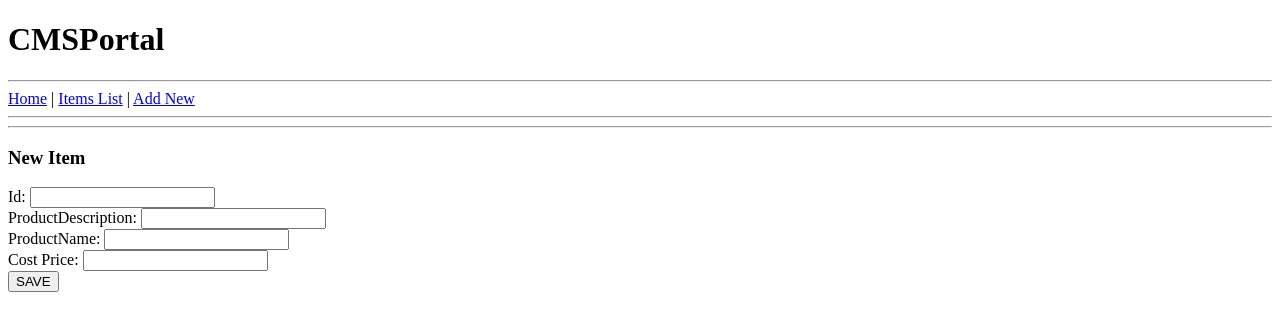
Repository: phanisree-chava/Test
Page: http://localhost/CoronakitManagementPortal/newproduct
An editor plug-in stored every save of this project. The page is shown before and after the next save, followed by the edit.
The browser window is 1280 px wide. The pictures show the whole page.
The page is served by Tomcat 9.

Above is the page before, as saved 2020-08-23 11:09:06.

After the next save:
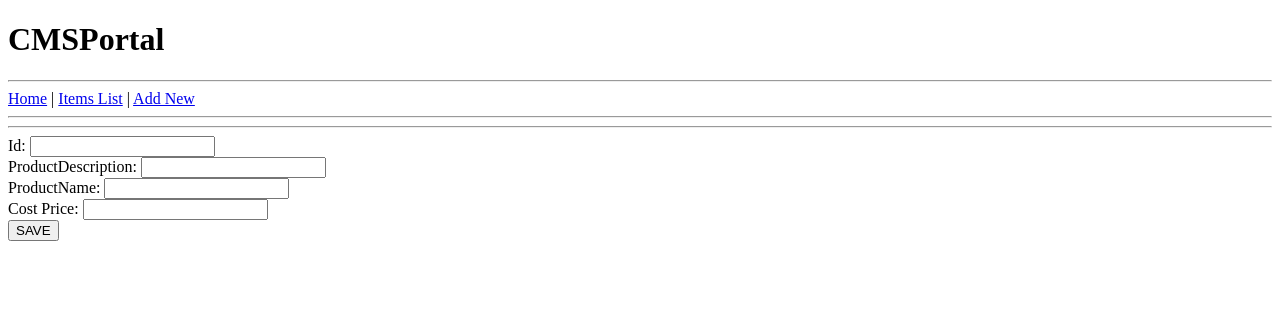
Saved 13 s later.
--- a/CoronakitManagementPortal/WebContent/newproduct.jsp
+++ b/CoronakitManagementPortal/WebContent/newproduct.jsp
@@ -12,7 +12,6 @@
 <hr/>
 
 
-	<h3>${item.id==null?"New Item":"Edit Item" }</h3>
 
 	<form action='${item.id==null?"insertproduct":"saveItem" }' method="POST">
 		<div>
@@ -34,5 +33,7 @@
 		</div>
 		<button>SAVE</button>
 	</form>
+
+
 </body>
 </html>
